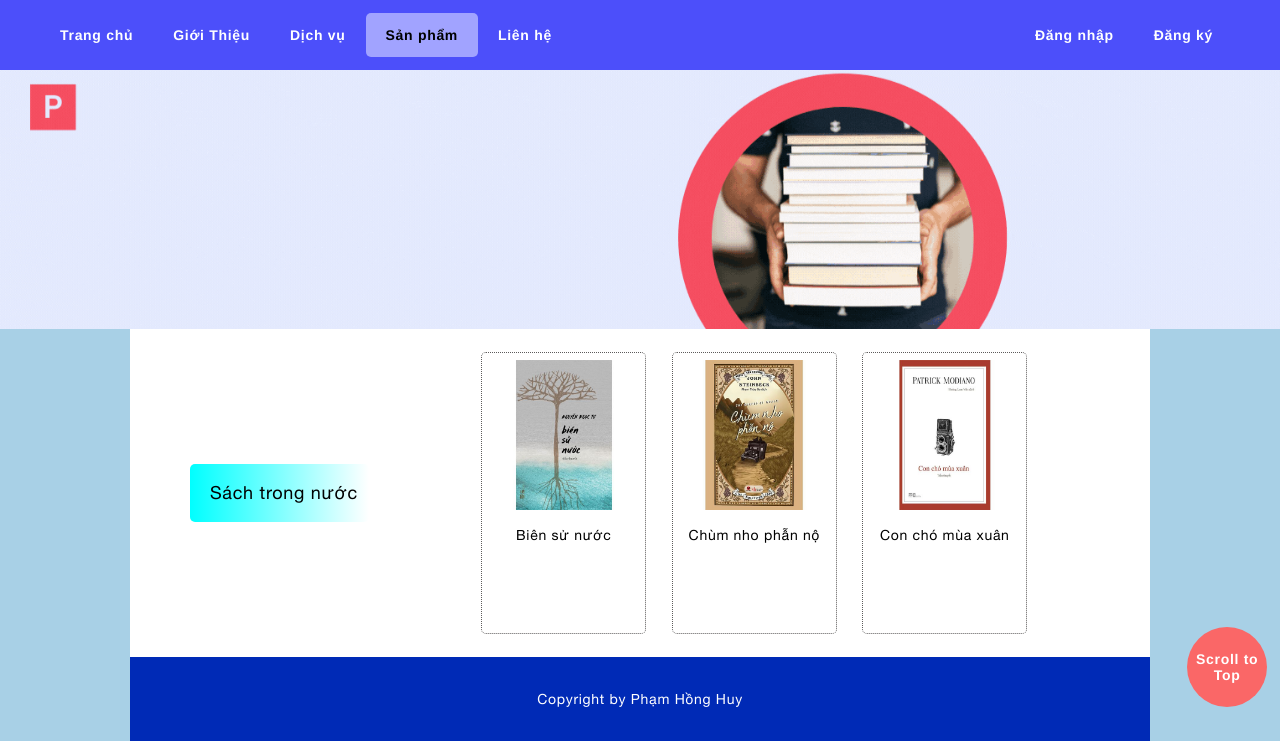
Repository: phamhonghuy/bookstore
Page: product.html
These files come from the project's save history. The page is drawn as it stood at one moment and after the next save; the edit follows.
The browser window is 1280 px wide. The pictures show the whole page.

Above is the page before, as saved 2021-10-14 23:19:38.

### product.html
<!DOCTYPE html>
<html lang="en">
<head>
    <meta charset="UTF-8">
    <title> Bookshop: Buy books online. Support local bookstores.</title>
    <link rel="stylesheet" href="css/style.css" type="text/css" />
    <link rel="shortcut icon" href="./image/Logo.png" />
</head>


<div class="navbar">
  <ul>
    <li><a href="./index.html">Trang chủ</a></li>
    <li><a href="./about.html">Giới Thiệu</a>
          <ul class="GT">
            <li><a href="#">Chính sách</a></li>
            <li><a href="#">Mua hàng</a></li>
            <li><a href="#">Thanh toán</a>
            </li>
          </ul>
    </li>
    <li><a href="./services.html">Dịch vụ</a>
        <ul class="GT">
        <li><a href="#">Đọc Online</a></li>
        <li><a href="#">Tư liệu</a></li>
        </li>
        </ul>
    </li>
    <li><a class="active" href="./product.html">Sản phẩm</a>
        <ul class="GT">
        <li><a href="#">Sách trong nước</a></li>
        <li><a href="#">Sách nước ngoài</a></li>
        <li><a href="#">Sách số</a>
        </li>
        </ul>
    </li>
    <li><a href="./contact.html">Liên hệ</a></li>
  </ul>
  <div class ="login">
      <ul>
        <li><a href="./login.html">Đăng nhập</a></li>
        <li><a href="./signup.html"> Đăng ký</a></li>
      </ul>
  </div>
</div>
  <div class="header">
    <h1></h1>

  </div>


  <div class="row">
  <div class="main-product-container">
    <div class="product-title"><p class="ebook-title-text">Sách trong nước</p></div>
    <div class="product-item">
      <div class="item">
        <a href="./item1.html"> <img src="./image/book1.jpg" alt="item1"></a>
        <p>Biên sử nước</p>
        <form>
          <button name="buy_button" type="submit" onclick="alert('Đã thêm vào giỏ hàng.')" value="1">Đọc ngay</button>
        </form>
      </div>
      <div class="item">
        <a href="./item2.html"> <img src="./image/book2.jpg" alt="item1"></a>
        <p>Chùm nho phẫn nộ</p>
        <form>
          <button name="buy_button" type="submit" onclick="alert('Đã thêm vào giỏ hàng.')" value="1">Đọc ngay</button>
        </form>
      </div>
      <div class="item">
        <a href="./item3.html"> <img src="./image/book3.jpg" alt="item1"></a>

        <p>Con chó mùa xuân</p>
        <form>
          <button name="buy_button" type="submit" onclick="alert('Đã thêm vào giỏ hàng.')" value="1">Đọc ngay</button>
        </form>
      </div>
    </div>
    <button onclick='window.scrollTo({top: 0, behavior: "smooth"});' class="scrollTotop">Scroll to Top</button>

  </div>

  <div class="footer">
    <p>Copyright by Phạm Hồng Huy</p>
  </div>

</html>

### css/style.css
html {
  scroll-behavior: smooth;
}
* {
    box-sizing: border-box;
    font-family: Helvetica;
    letter-spacing: 0.7px;
    font-size: 14px;
  }
  @font-face {
    font-family:Helvetica;
    src: url(/font/helveticaneue.ttf);
}


body {
    font-family:inherit;
    margin: auto;
    font-size: 1em;
    min-width: 1200px;
    background-color: #A8D0E6;

  }

.header {
    text-align: center;
    height: 25vmax;
    background: #42c9ff;
    color: white;
    background-image: url(../image/Banner.gif);
    background-repeat: no-repeat;
    background-size:cover;
    min-width: 900px;
    width: 100%;
  }

.navbar {
    display: flex;
    background-color: rgb(76, 79, 250);
    position:fixed;
    top: 0;
    width: 100%;
    height: 70px;
    align-items: center;
    z-index: 5;
  }
.navbar .active {
    background-color: rgb(161, 163, 255);
    color:#000;
    border-radius: 5px;
  }
.navbar div.login {
    display: flex;
    background-color: rgb(76, 79, 250);
    position:fixed;
    width: 300px;
    align-items: center;
    float: right;
    right: 5px;
  }

.navbar ul li a {
    color: white;
    padding: 14px 20px;
    text-decoration: none;
    text-align: center;
    font-weight: bold

  }
.navbar ul li ul li a {
    color: white;
    text-decoration: none;
    text-align: center;

  }
.navbar ul {
  display: flex;
  list-style-type: none;
  }

.navbar ul li:hover> ul {
  display: flex;
  visibility: visible;
  position: absolute;
  z-index: 3;
  overflow: hidden;
  animation: menuNar_Hover 0.5s;
  }
  @keyframes menuNar_Hover {
    from {background-color: #cfdef6; opacity: 0%;height: 0px;}
    to {background-color: #8fa5ff; opacity: 100%; height:150px;}
  }
.navbar ul a:hover {
    background:#c0cdff;
    color: #000;
    border-radius: 5px;
    animation-name: Navbar_Hover;
    animation-duration: 1.5s;

  }

  @keyframes Navbar_Hover {
    from {background-color: rgb(76, 79, 250);}
    to {background-color: #c0cdff;}
  }
  .navbar ul a:active {
    background-color: #c0cdff;
    color: #000;
    border-radius: 5px;

  }


.navbar ul li ul {
  display: flex;
  visibility: hidden;
  position: absolute;
  background:#8fa5ff;
  color: white;
  display: flex;
  flex-direction: column;
  top:60px;
  border-radius: 5px;
  list-style-type: none;
  padding-inline-start: 0px;
  height: 150px;
  margin:-5px auto;
  }

.navbar ul li ul li{
  margin: 15px;
  border-radius: 5px;
  }


.row {
    display: flex;
    flex-wrap: wrap;
    /* width: 90vmax; */
    margin: 0 130px 0;
    min-width: 900px;
  }

.side {
    flex: 30%;
    background-color: #f1f1f1;
    padding: 20px 0;
    z-index: 2;

  }
.side ul {
  list-style-type:none;
  width: 253px;
  }
.side li {
  list-style-type:none;
  }
.side li:hover> ul {
  opacity: 1;
  visibility: visible;
  animation: menuSide_Hover 0.5s linear;
  width: 230px;

  }
.side li:hover {
  background-color: #8fa5ff;
  animation-name: Side_Hover;
  animation-duration: 1.5s;
}

@keyframes menuSide_Hover {
  from {background-color: #cfdef6; opacity: 0%;width: 150px; }
  50% {width: 200px !important;}
  to {background-color: #8fa5ff; opacity: 100%; width: 230px;}
}
@keyframes Side_Hover {
  from {background-color: #cfdef6; color:#000;}
  to {background-color: #8fa5ff; color: #fff;}
}


.side ul li {
    padding: 10px;
    border-radius: 5px;
  }

.side ul ul {
  list-style-type:none;
  opacity: 0;
  visibility: hidden;
  position: absolute;
  left: 378px;
  margin: -26px 0 0 5px;
  padding-inline-start: 0;
  border-radius: 5px;
  overflow: hidden;
  text-overflow: ellipsis;
  }
.side ul ul li {
  background-color: #8fa5ff;
  margin:0;
  overflow: hidden;
  text-overflow: ellipsis;
  border-radius: 0%;
  }
.side ul ul li a {
  color: rgb(255, 255, 255);
  margin: 0;
  overflow: hidden;
  text-overflow: ellipsis;
  }

.side a {
  color: black;
  padding: 5px;
  }
.side a:link {
  text-decoration: none;
  }

.side ul {
    padding: 10px auto;
  }
.side ul li {
    padding: 10px auto;
    margin: 10px auto;
  }

.main {
    flex: 70%;
    display: flex;
    flex-direction: row;
    background-color: white;
    padding: 10px;
    flex-wrap: wrap;
  }
div.main-services {
    width: 100%;
    display: flex;
    flex-direction: column;
    background-color: white;
    padding: 10px;
    flex-wrap:nowrap;
  }
div.main-product-container {
    width: 100%;
    display: flex;
    flex-direction: row;
    background-color: white;
    padding: 10px;
    flex-wrap:nowrap;
  }
div.main-product-container div.product-item {
  width: 100%;
  display: flex;
  flex-direction: row;
  background-color: white;
  padding: 0 100px;
  flex-wrap:nowrap;

  }
  div.main-product-container div.product-title {
    width: 25%;
    border-radius: 5px;
    margin-top: auto;
    margin-bottom: auto;
    margin-left: 50px;
    background-image: linear-gradient(to right, aqua,white);
  }
  div.main-product-container div.product-title p {
    font-size: 18px;
    padding-left: 20PX;
  }
div.main-services div.ebook {
    width: 100%;
    display: flex;
    flex-direction: row;
    background-color: white;
    padding: 0 100px;
    flex-wrap:nowrap;
  }
div.main-services div.ebook-title {
    width: 90%;
    display: flex;
    flex-direction: row;
    background-color: rgb(21, 76, 255);
    margin-left: auto;
    margin-right: auto;
    border-radius: 5px;
  }
div.main-services div.ebook-title p.ebook-title-text{
  color: white;
  margin: 14px;
  font-size: 18px;
  font-weight: bold;
  }
div.main-services div.literary-material-item {
    width: 100%;
    display: flex;
    flex-direction: row;
    background-color: white;
    padding: 0 100px;
    flex-wrap:nowrap;
  }
div.main-services div.literary-material-title {
  width: 90%;
  display: flex;
  flex-direction: row;
  background-color: rgb(21, 76, 255);
  margin-left: auto;
  margin-right: auto;
  border-radius: 5px;
  }
div.main-services div.literary-material-title p {
  color: white;
  margin: 14px;
  font-size: 18px;
  font-weight: bold;
  }
div.main-services div.literary-material img {
  width:70%;
  }
div.main-about {
    display: flex;
    flex-direction: row;
    background-color: white;
    padding: 30px;
    flex-wrap: wrap;

  }
div.main-about div.about span {
  margin-left:30px;
  text-align: justify;
  }
div.main-about div.about div.img-about {
  text-align: center;
  }
div.main-about div.about div.img-about img.img-about {
  width:80%;
  margin-left:40px;
  margin-right:40px;
  }
div.item {
    flex: 25%;
    border: 1px dotted rgb(93, 91, 91);
    border-radius: 5px;
    margin: 1vmax;
    padding:0.5vmax;
    text-align: center;
    font-size: 1em;
    display: block;
    position: relative;
  }
div.item-details {
    flex: 25%;
    /* border: 1px dotted rgb(93, 91, 91); */
    border-radius: 5px;
    margin: 1vmax;
    padding:0.5vmax;
    text-align: center;
    font-size: 1em;
    display: block;
    position: relative;
  }
div.item:hover {
  animation: Box-item-transform 0.5s;
  box-shadow: 5px 5px #808080;
  }
div.item-details:hover {
  animation: Box-item-details-transform 0.5s;
  }
  @keyframes Box-item-transform{
    from {  transform:scale(1);}
    50% {transform:scale(1.05);}
    to {  transform:scale(1);
      box-shadow: 5px 5px #808080 ; }

  }
  @keyframes Box-item-details-transform{
    from {  transform:scale(1);}
    50% {transform:scale(1.05);}
    to {  transform:scale(1);; }

  }
div.item:hover > form button {
  animation: Item_Hover 0.5s;
  visibility:visible;
  }
div.item-details:hover > form button {
  animation: Item_Hover 0.5s;
  visibility:visible;
  }
  @keyframes Item_Hover {
    from { color:#000; height: 0; transform: translateY(100%)}
    to { height: 70px;transform: translateY(0)}
  }

div.item form button  {
  height: 70px;
  width: 99%;
  background-color: rgb(245, 232, 190);
  visibility: hidden;
  color:#f00;
  font-size: large;
  font-weight: bold;
  border:none ;
  }
div.item-details form button  {
  height: 70px;
  width: 99%;
  background-color: rgb(245, 232, 190);
  visibility: hidden;
  color:#f00;
  font-size: large;
  font-weight: bold;
  border:none ;
  }

div.item img {
    width: 100%;
  }
div.item-details img {
    width: 100%;
  }
.block-gia {
  margin: 10px auto;
}
.gia-ban {
    color: #ff0000;
}
.gia-cu {
  font-size: 13px;
  color: #808080;
}


button.scrollTotop{
  position: fixed;
  right: 1vmax;
  bottom: 1vmax;
  height: 80px;
  width: 80px;
  border-radius: 50%;
  border:none;
  background-color: rgb(250, 103, 103);
  color:white;
  font-weight: bold;

}

div.details {
  width: 50%;
}
div.details p.book-name {
  text-align: center;
  font-size: large;
  font-weight: bold;
}
div.details p.book-author {
  text-align: center;
}
div.details div.book-description {
  height: 600px;
}
div.details p.book-description {
  text-indent: 30px;
  text-align: justify;
  margin-right: 20px;
}

div.star {
width: 100%;
height: 15px;
display: flex;
justify-content: center;

}

.ratingStar {
  width: 15px;
  height: 15px;
  float: left;
  background-repeat: no-repeat;
  background-image: url(../image/star.png);
  font-size: 0;
  background-size: 15px;
}
.more-item {
  flex: 70%;
  display: flex;
  flex-direction: row;
  background-color: white;
  padding: 10px;
  flex-wrap: wrap;
}
#more-item {
  width:100% ;
  font-weight: bold;
}
div.main button.scrollTotop:hover {
animation:scrolltotop 1s ;
transition: width 0.5ss;
animation-direction: reverse;
}
@-webkit-keyframes scrolltotop {
  from{ background :rgb(250, 103, 103); }
  to  {background :rgb(95, 175, 250);  box-shadow: 5px 5px #808080;}
}
.footer {
  color: white;
    padding: 20px;
    text-align: center;
    background: rgb(0, 42, 182);
    width: 100%;
}

  @media screen and (max-width: 700px) {
    .row, .navbar {
      flex-direction: column;
    }
  }

After the next save:
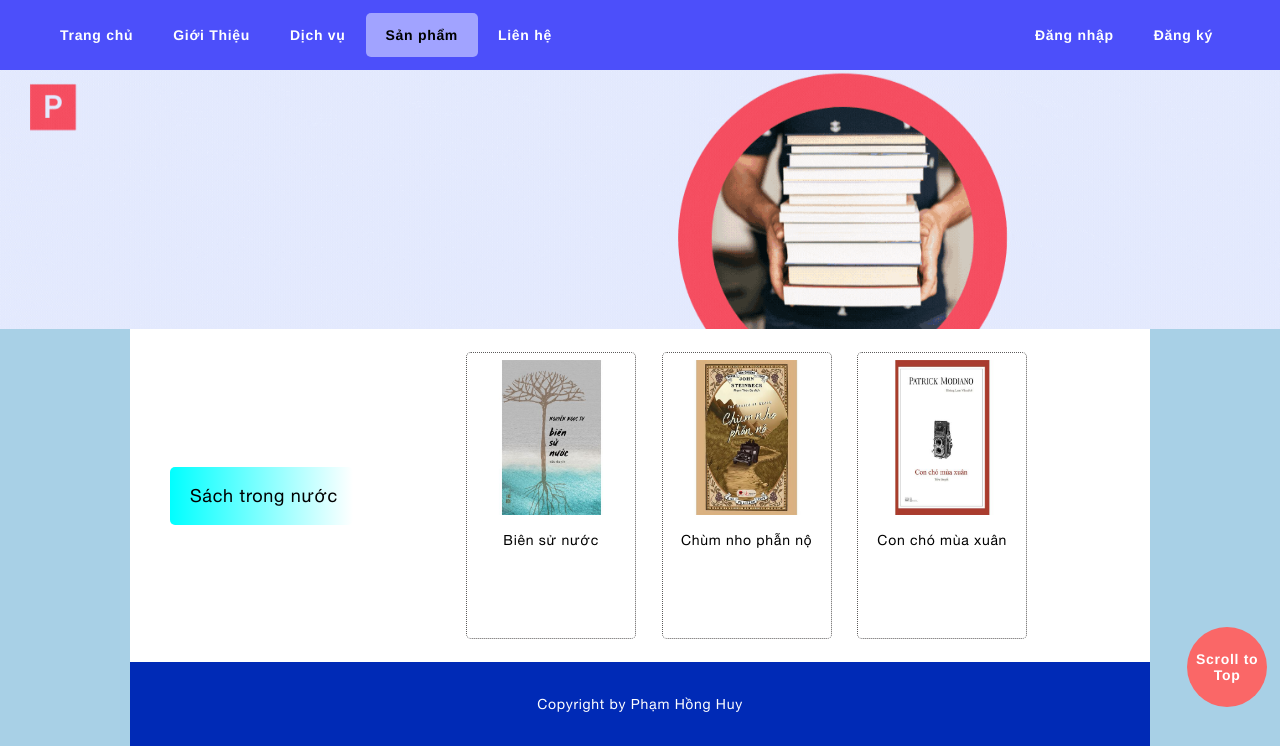
Saved 12 s later.
--- a/css/style.css
+++ b/css/style.css
@@ -264,7 +264,7 @@ div.main-product-container div.product-item {
     border-radius: 5px;
     margin-top: auto;
     margin-bottom: auto;
-    margin-left: 50px;
+    margin-left: 30px;
     background-image: linear-gradient(to right, aqua,white);
   }
   div.main-product-container div.product-title p {
